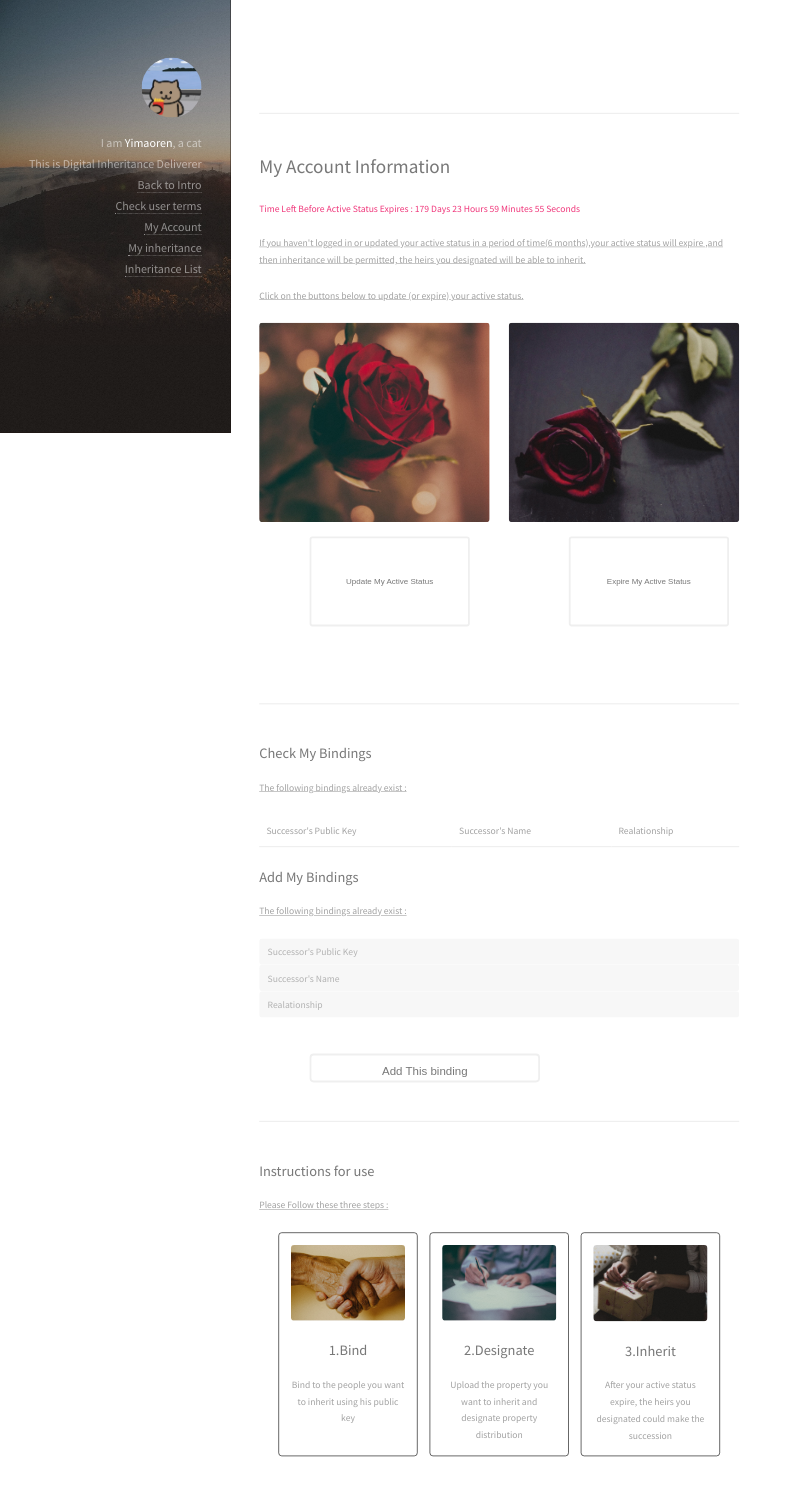
Repository: 1mocat/DID-blockchain-project
Page: Digital_I_D/app/src/myaccount.html
These files come from the project's save history. The page is drawn as it stood at one moment and after the next save; the edit follows.
The browser window is 1280 px wide. The page is 1315 px wide, so the pictures cover 1315 px, including what lies to the right of the window. The pictures show the whole page, at 60% of full size.

Above is the page before, as saved 2023-10-03 13:04:08.

After the next save:
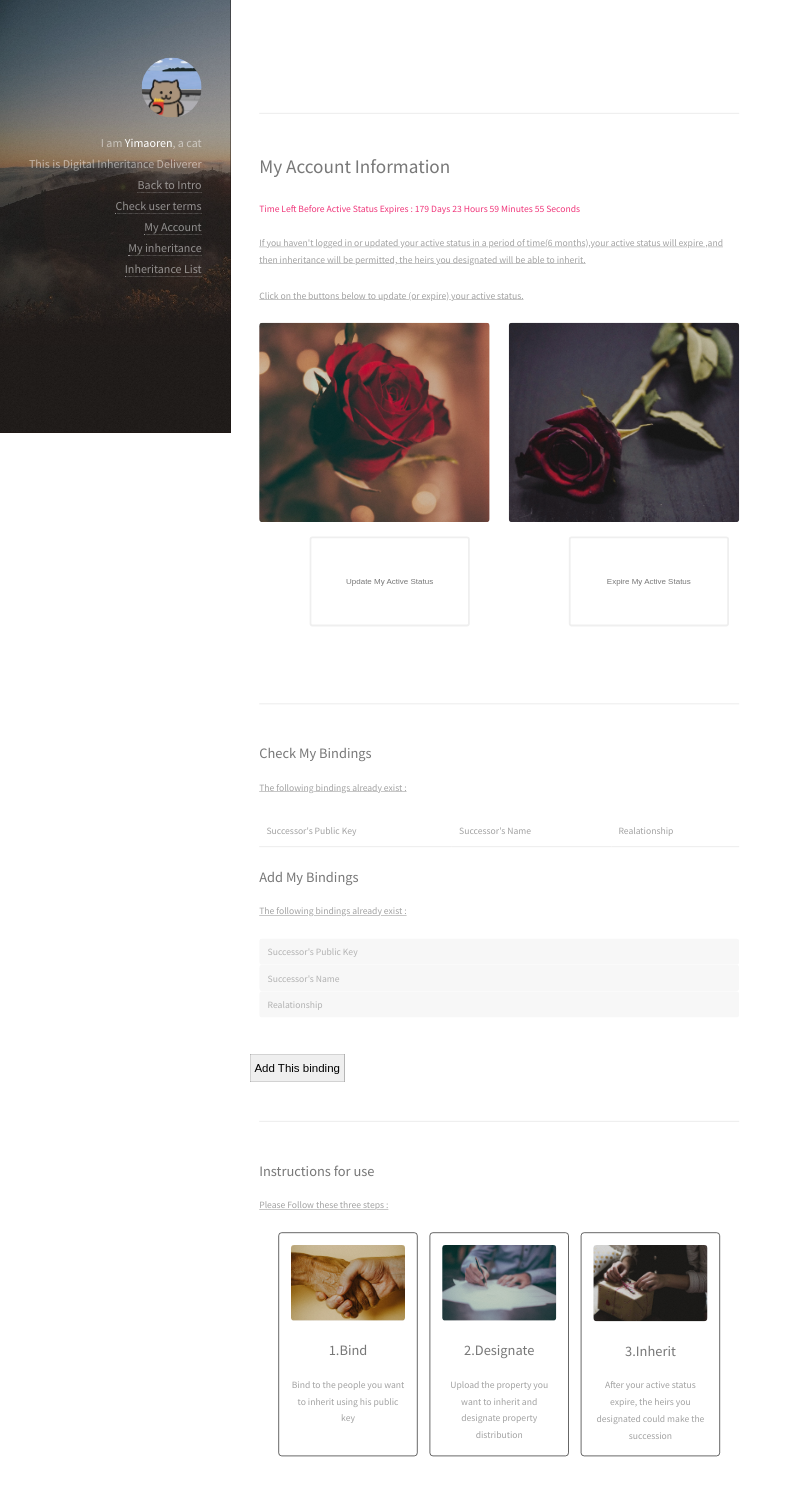
Saved 19 s later.
--- a/Digital_I_D/app/src/myaccount.html
+++ b/Digital_I_D/app/src/myaccount.html
@@ -165,7 +165,7 @@
 
 					</form>
 					<ul class="actions">
-						<button onclick="" class="button custom-button-left" style="font-size: 1.2em; height: 2.5em;">Add This binding</button>
+						<button onclick=""  style="font-size: 1.2em; height: 2.5em;">Add This binding</button>
 					</ul>
 
 

After the save that followed:
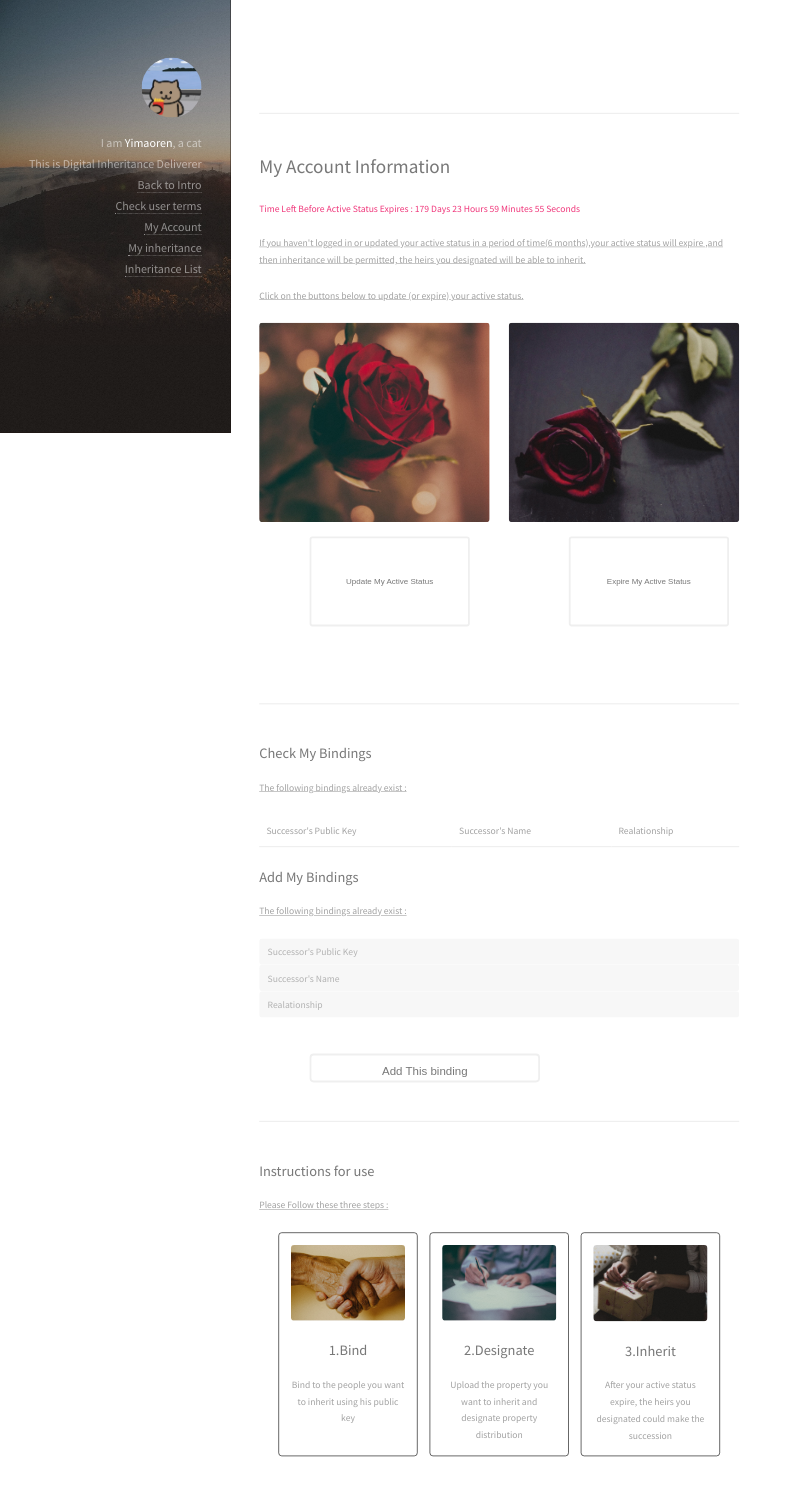
Saved 5 s later.
--- a/Digital_I_D/app/src/myaccount.html
+++ b/Digital_I_D/app/src/myaccount.html
@@ -165,7 +165,7 @@
 
 					</form>
 					<ul class="actions">
-						<button onclick=""  style="font-size: 1.2em; height: 2.5em;">Add This binding</button>
+						<button onclick="" class="button custom-button-left" style="font-size: 1.2em; height: 2.5em;">Add This binding</button>
 					</ul>
 
 
